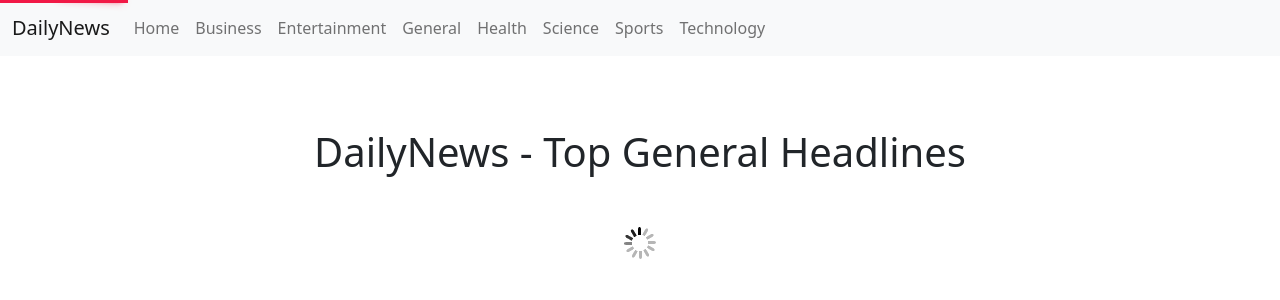
Repository: Bikki084/Daily_News
Page: /
An editor plug-in stored every save of this project. The page is shown before and after the next save, followed by the edit.
The browser window is 1280 px wide. The pictures show the whole page.
The page's requests for data from a server got no answer. The project was rebuilt for these pictures with package versions that can differ from the ones it lists, and the page was loaded fresh each time. No one was signed in, and anything a server would have sent is missing. Also part of the build but not shown: src/App.css, src/components/NewsItem.js.

Above is the page before, as saved 2021-12-22 23:47:16.

### public/index.html
<!DOCTYPE html>
<html lang="en">
  <head>
    <meta charset="utf-8" />
    <link rel="icon" href="%PUBLIC_URL%/favicon.ico" />
    <meta name="viewport" content="width=device-width, initial-scale=1" />
    <meta name="theme-color" content="#000000" />
    <meta
      name="description"
      content="DailyNews is a news app which can be used to grab quick daily news bites. If you are interested in news, weather, politics and sports news, newsmonkey is for you!"
    />
    <link rel="apple-touch-icon" href="%PUBLIC_URL%/logo192.png" />
    <!--
      manifest.json provides metadata used when your web app is installed on a
      user's mobile device or desktop. See https://developers.google.com/web/fundamentals/web-app-manifest/
    -->
    <link rel="manifest" href="%PUBLIC_URL%/manifest.json" />
    <link href="https://cdn.jsdelivr.net/npm/bootstrap@5.1.0/dist/css/bootstrap.min.css" rel="stylesheet" integrity="sha384-KyZXEAg3QhqLMpG8r+8fhAXLRk2vvoC2f3B09zVXn8CA5QIVfZOJ3BCsw2P0p/We" crossorigin="anonymous">
    <!--
      Notice the use of %PUBLIC_URL% in the tags above.
      It will be replaced with the URL of the `public` folder during the build.
      Only files inside the `public` folder can be referenced from the HTML.

      Unlike "/favicon.ico" or "favicon.ico", "%PUBLIC_URL%/favicon.ico" will
      work correctly both with client-side routing and a non-root public URL.
      Learn how to configure a non-root public URL by running `npm run build`.
    -->
    <title>DailyNews - Get your daily dose of news for free!</title>
  </head>
  <body>
    <noscript>You need to enable JavaScript to run this app.</noscript>
    <div id="root"></div>
    <!--
      This HTML file is a template.
      If you open it directly in the browser, you will see an empty page.

      You can add webfonts, meta tags, or analytics to this file.
      The build step will place the bundled scripts into the <body> tag.

      To begin the development, run `npm start` or `yarn start`.
      To create a production bundle, use `npm run build` or `yarn build`.
    -->
    <script src="https://cdn.jsdelivr.net/npm/@popperjs/core@2.9.3/dist/umd/popper.min.js" integrity="sha384-eMNCOe7tC1doHpGoWe/6oMVemdAVTMs2xqW4mwXrXsW0L84Iytr2wi5v2QjrP/xp" crossorigin="anonymous"></script>
    <script src="https://cdn.jsdelivr.net/npm/bootstrap@5.1.0/dist/js/bootstrap.min.js" integrity="sha384-cn7l7gDp0eyniUwwAZgrzD06kc/tftFf19TOAs2zVinnD/C7E91j9yyk5//jjpt/" crossorigin="anonymous"></script>
  </body>
</html>

### src/App.js
import './App.css';
import React, { useState } from 'react'
import NavBar from './components/NavBar';
import News from './components/News';
import {BrowserRouter as Router, Switch, Route} from "react-router-dom";
import LoadingBar from 'react-top-loading-bar'
import SearchForm from './components/SearchForm'

const App = ()=> {
  const pageSize = 5;
  const apiKey = process.env.REACT_APP_NEWS_API
  const [progress, setProgress] = useState(0)

    return (
      <div>
        <Router>
        <NavBar/>
        <SearchForm/>
        <LoadingBar
        height={3}
        color='#f11946'
        progress={progress}
      />
        <Switch>
          <Route exact path="/"><News setProgress={setProgress} apiKey={apiKey} key="general" pageSize={pageSize} country="in" category="general"/></Route>
          <Route exact path="/business"><News setProgress={setProgress} apiKey={apiKey} key="business" pageSize={pageSize} country="in" category="business"/></Route>
          <Route exact path="/entertainment"><News setProgress={setProgress} apiKey={apiKey} key="entertainment" pageSize={pageSize} country="in" category="entertainment"/></Route>
          <Route exact path="/general"><News setProgress={setProgress} apiKey={apiKey} key="general" pageSize={pageSize} country="in" category="general"/></Route>
          <Route exact path="/health"><News setProgress={setProgress} apiKey={apiKey} key="health" pageSize={pageSize} country="in" category="health"/></Route>
          <Route exact path="/science"><News setProgress={setProgress} apiKey={apiKey} key="science" pageSize={pageSize} country="in" category="science"/></Route>
          <Route exact path="/sports"><News setProgress={setProgress} apiKey={apiKey} key="sports" pageSize={pageSize} country="in" category="sports"/></Route>
          <Route exact path="/technology"><News setProgress={setProgress} apiKey={apiKey} key="technology" pageSize={pageSize} country="in" category="technology"/></Route>
        </Switch>
        </Router>
      </div>
    )

}

export default App;

### src/components/NavBar.js
import React from 'react'
import { Link } from "react-router-dom";
import SearchForm from './SearchForm'

const NavBar = () => {

    return (
        <div>
            <nav className="navbar fixed-top navbar-expand-lg navbar-light bg-light">
                <div className="container-fluid">
                    <Link className="navbar-brand" to="/">DailyNews</Link>
                    <button className="navbar-toggler" type="button" data-bs-toggle="collapse" data-bs-target="#navbarSupportedContent" aria-controls="navbarSupportedContent" aria-expanded="false" aria-label="Toggle navigation">
                        <span className="navbar-toggler-icon"></span>
                    </button>
                    <div className="collapse navbar-collapse" id="navbarSupportedContent">
                        <ul className="navbar-nav me-auto mb-2 mb-lg-0">
                            <li className="nav-item">
                                <Link className="nav-link" aria-current="page" to="/">Home</Link>
                            </li>
                            <li className="nav-item"><Link className="nav-link" to="/business">Business</Link></li>
                            <li className="nav-item"><Link className="nav-link" to="/entertainment">Entertainment</Link></li>
                            <li className="nav-item"><Link className="nav-link" to="/general">General</Link></li>
                            <li className="nav-item"><Link className="nav-link" to="/health">Health</Link></li>
                            <li className="nav-item"><Link className="nav-link" to="/science">Science</Link></li>
                            <li className="nav-item"><Link className="nav-link" to="/sports">Sports</Link></li>
                            <li className="nav-item"><Link className="nav-link" to="/technology">Technology</Link></li>
                        </ul>
                        {/* <SearchForm/> */}
                    </div>
                </div>
            </nav>
        </div>
    )

}

export default NavBar

### src/components/News.js
import React, {useEffect, useState} from 'react'

import NewsItem from './NewsItem'
import Spinner from './Spinner';
import PropTypes from 'prop-types'
import InfiniteScroll from "react-infinite-scroll-component";

const News = (props)=>{
    const [articles, setArticles] = useState([])
    const [loading, setLoading] = useState(true)
    const [page, setPage] = useState(1)
    const [totalResults, setTotalResults] = useState(0)

    const capitalizeFirstLetter = (string) => {
        return string.charAt(0).toUpperCase() + string.slice(1);
    }

    const updateNews = async ()=> {
        props.setProgress(10);
        const url = `https://newsapi.org/v2/top-headlines?country=${props.country}&category=${props.category}&apiKey=${props.apiKey}&page=${page}&pageSize=${props.pageSize}`;
        setLoading(true)
        let data = await fetch(url);
        props.setProgress(30);
        let parsedData = await data.json()
        props.setProgress(70);
        setArticles(parsedData.articles)
        setTotalResults(parsedData.totalResults)
        setLoading(false)
        props.setProgress(100);
    }

    useEffect(() => {
        document.title = `${capitalizeFirstLetter(props.category)} - DailyNews`;
        updateNews();
        // eslint-disable-next-line
    }, [])


    const fetchMoreData = async () => {
        const url = `https://newsapi.org/v2/top-headlines?country=${props.country}&category=${props.category}&apiKey=${props.apiKey}&page=${page+1}&pageSize=${props.pageSize}`;
        setPage(page+1)
        let data = await fetch(url);
        let parsedData = await data.json()
        setArticles(articles.concat(parsedData.articles))
        setTotalResults(parsedData.totalResults)
      };

        return (
            <>
                <h1 className="text-center" style={{ margin: '35px 0px', marginTop: '90px' }}>DailyNews - Top {capitalizeFirstLetter(props.category)} Headlines</h1>
                {loading && <Spinner />}
                <InfiniteScroll
                    dataLength={articles.length}
                    next={fetchMoreData}
                    hasMore={articles.length !== totalResults}
                    loader={<Spinner/>}>
                    <div className="container">

                    <div className="row">
                        {articles.map((element) => {
                            return <div className="col-md-4" key={element.url}>
                                <NewsItem title={element.title ? element.title : ""} description={element.description ? element.description : ""} imageUrl={element.urlToImage} newsUrl={element.url} author={element.author} date={element.publishedAt} source={element.source.name} />
                            </div>
                        })}
                    </div>
                    </div>

                </InfiniteScroll>
            </>
        )

}


News.defaultProps = {
    country: 'in',
    pageSize: 8,
    category: 'general',
}

News.propTypes = {
    country: PropTypes.string,
    pageSize: PropTypes.number,
    category: PropTypes.string,
}

export default News

### src/components/SearchForm.js
import React, { useState } from 'react'

export default function SearchForm() {

    const [Text, setText] = useState('')

    const handleSubmit = (e) =>{
        e.preventDefault()
    }
    return (
        <div>
            <form class="d-flex" onSubmit = {handleSubmit}>
                <input className ="form-control me-2" type="text" placeholder="Search" onChange = {(e) => setText(e.target.value)} />
                    <button className="btn btn-outline-success" type="submit">Search</button>
            </form>
        </div>
    )
}

Loaded but not shown: src/index.js (common file); src/reportWebVitals.js (common file); src/components/Spinner.js (common file); src/index.css (no stored copy; drawn as an empty file)

After the next save:
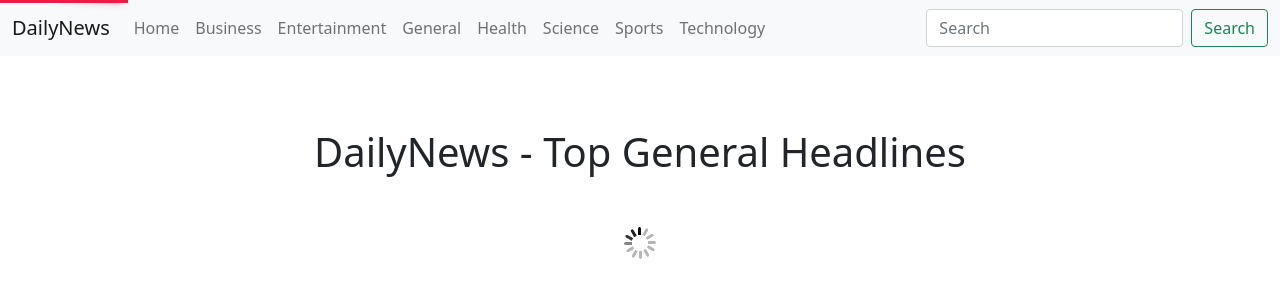
Saved 31 s later.
--- a/src/components/NavBar.js
+++ b/src/components/NavBar.js
@@ -25,7 +25,7 @@ const NavBar = () => {
                             <li className="nav-item"><Link className="nav-link" to="/sports">Sports</Link></li>
                             <li className="nav-item"><Link className="nav-link" to="/technology">Technology</Link></li>
                         </ul>
-                        {/* <SearchForm/> */}
+                        <SearchForm/>
                     </div>
                 </div>
             </nav>
